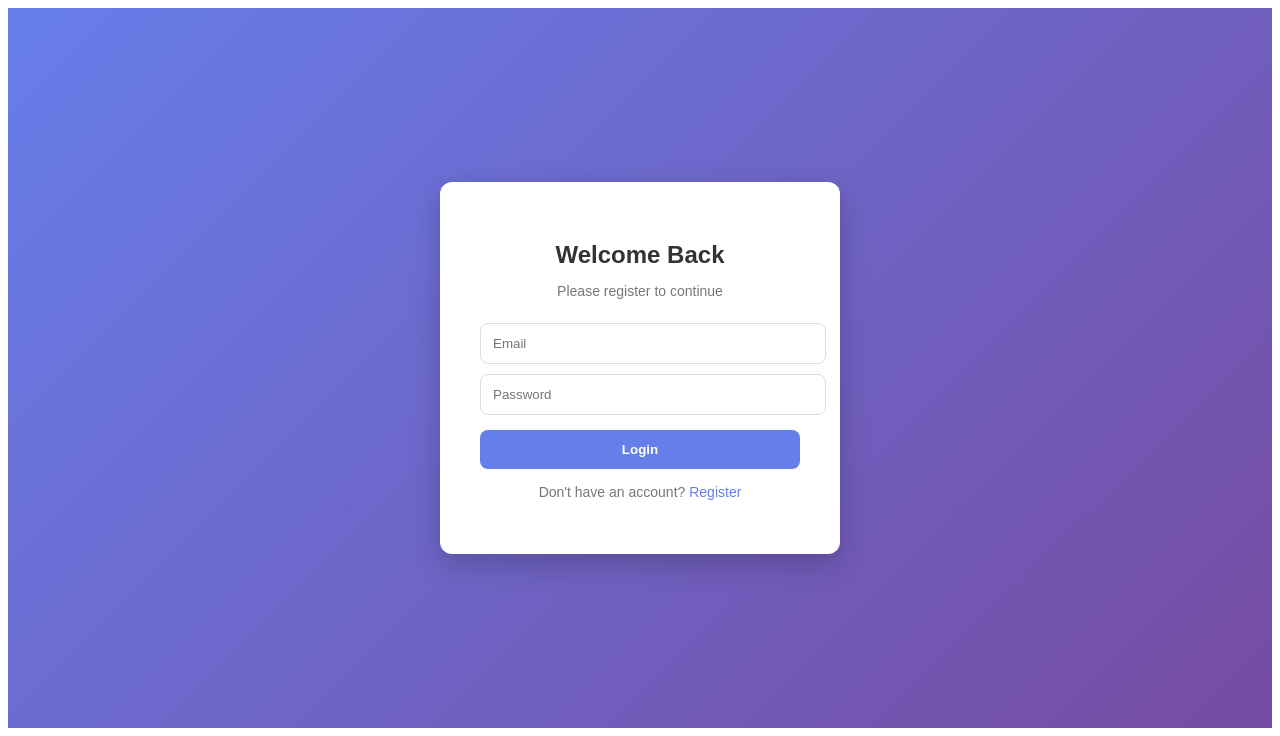
Repository: BMXracer44/CalendarConnect
Page: / (app in frontend/)
These files come from the project's save history. The page is drawn as it stood at one moment and after the next save; the edit follows.
The browser window is 1280 px wide. The pictures show the whole page.
The project was rebuilt for these pictures with package versions that can differ from the ones it lists, and the page was loaded fresh each time. Also part of the build but not shown: frontend/src/pages/Register.jsx.

Above is the page before, as saved 2026-04-01 09:55:59.

### frontend/src/index.js
import React from "react";
import ReactDOM from "react-dom/client";
import { RouterProvider } from "react-router-dom";
import { router } from "./router";
import "./styles.css";

ReactDOM.createRoot(document.getElementById("root")).render(
  <RouterProvider router={router} />
);

### frontend/src/router.jsx
import { createBrowserRouter } from "react-router-dom";
import App from "./App";
import Login from "./pages/Login";
import Register from "./pages/Register";
import Home from "./pages/Home";

export const router = createBrowserRouter([
  {
    path: "/",
    element: <App />,   // 👈 use App here
    children: [
      { index: true, element: <Login /> },     // "/"
      { path: "register", element: <Register /> },
      { path: "home", element: <Home /> }
    ]
  }
]);

### frontend/src/styles.css
/* Center page */
.login-container {
  height: 100vh;
  display: flex;
  justify-content: center;
  align-items: center;
  background: linear-gradient(135deg, #667eea, #764ba2);
  font-family: Arial, sans-serif;
}

/* Card */
.login-card {
  background: white;
  padding: 40px;
  border-radius: 12px;
  width: 320px;
  box-shadow: 0 10px 30px rgba(0,0,0,0.2);
  text-align: center;
}

/* Title */
.login-card h2 {
  margin-bottom: 10px;
  color: #333;
}

/* Subtitle */
.login-card p {
  color: #777;
  font-size: 14px;
}

/* Inputs */
.login-card input {
  width: 100%;
  padding: 12px;
  margin-top: 10px;
  border: 1px solid #ddd;
  border-radius: 8px;
  outline: none;
  transition: 0.2s;
}

.login-card input:focus {
  border-color: #667eea;
}

/* Button */
.login-card button {
  width: 100%;
  padding: 12px;
  margin-top: 15px;
  background: #667eea;
  color: white;
  border: none;
  border-radius: 8px;
  cursor: pointer;
  font-weight: bold;
  transition: 0.2s;
}

.login-card button:hover {
  background: #5a67d8;
}

/* Bottom text */
.bottom-text {
  margin-top: 15px;
  font-size: 13px;
}

.bottom-text a {
  color: #667eea;
  text-decoration: none;
}

### frontend/src/App.js
import { Outlet } from "react-router-dom";

function App() {
  return (
    <div>
      <Outlet />
    </div>
  );
}

export default App;

### frontend/src/pages/Login.jsx
import { useState } from "react";
import { Link } from "react-router-dom";

function Login() {
  const [email, setEmail] = useState("");
  const [password, setPassword] = useState("");

  const handleSubmit = (e) => {
    e.preventDefault();
    console.log("Login submitted:", { email, password });
  };

  return (
    <div className="login-container">
      <div className="login-card">
        <h2>Welcome Back</h2>
        <p>Please register to continue</p>

        <form onSubmit={handleSubmit}>
          <input
            type="email"
            placeholder="Email"
            value={email}
            onChange={(e) => setEmail(e.target.value)}
          />

          <input
            type="password"
            placeholder="Password"
            value={password}
            onChange={(e) => setPassword(e.target.value)}
          />

          <button type="submit">Login</button>
        </form>

        <p className="bottom-text">
          Don't have an account? <Link to="/register">Register</Link>
        </p>
      </div>
    </div>
  );
}

export default Login;

Loaded but not shown: frontend/src/pages/Home.jsx (no stored copy; drawn as an empty file)

After the next save:
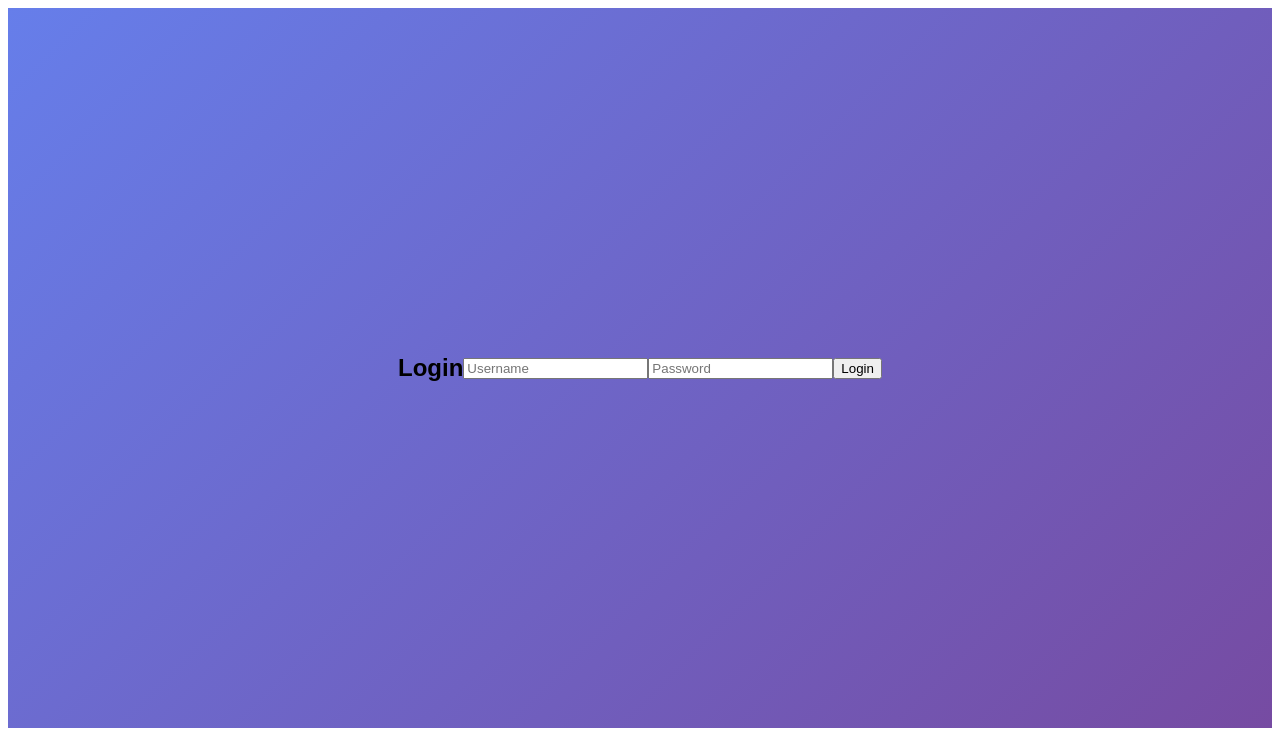
Saved 107 min 17 s later.
--- a/frontend/src/pages/Login.jsx
+++ b/frontend/src/pages/Login.jsx
@@ -1,43 +1,55 @@
-import { useState } from "react";
-import { Link } from "react-router-dom";
+import React, { useState } from "react";
 
 function Login() {
-  const [email, setEmail] = useState("");
+  const [username, setUsername] = useState("");
   const [password, setPassword] = useState("");
 
   const handleSubmit = (e) => {
     e.preventDefault();
-    console.log("Login submitted:", { email, password });
+
+    const loginData = {
+      username: username,
+      password: password,
+    };
+
+    fetch("http://localhost:8080/login", {
+      method: "POST",
+      headers: {
+        "Content-Type": "application/json",
+      },
+      body: JSON.stringify(loginData),
+    })
+      .then((res) => res.json())
+      .then((data) => {
+        console.log("Login response:", data);
+      })
+      .catch((err) => console.error(err));
   };
 
   return (
     <div className="login-container">
-      <div className="login-card">
-        <h2>Welcome Back</h2>
-        <p>Please register to continue</p>
+      <h2>Login</h2>
 
-        <form onSubmit={handleSubmit}>
-          <input
-            type="email"
-            placeholder="Email"
-            value={email}
-            onChange={(e) => setEmail(e.target.value)}
-          />
+      <form onSubmit={handleSubmit}>
+        {/* Username instead of email */}
+        <input
+          type="text"
+          placeholder="Username"
+          value={username}
+          onChange={(e) => setUsername(e.target.value)}
+          required
+        />
 
-          <input
-            type="password"
-            placeholder="Password"
-            value={password}
-            onChange={(e) => setPassword(e.target.value)}
-          />
+        <input
+          type="password"
+          placeholder="Password"
+          value={password}
+          onChange={(e) => setPassword(e.target.value)}
+          required
+        />
 
-          <button type="submit">Login</button>
-        </form>
-
-        <p className="bottom-text">
-          Don't have an account? <Link to="/register">Register</Link>
-        </p>
-      </div>
+        <button type="submit">Login</button>
+      </form>
     </div>
   );
 }

After the save that followed:
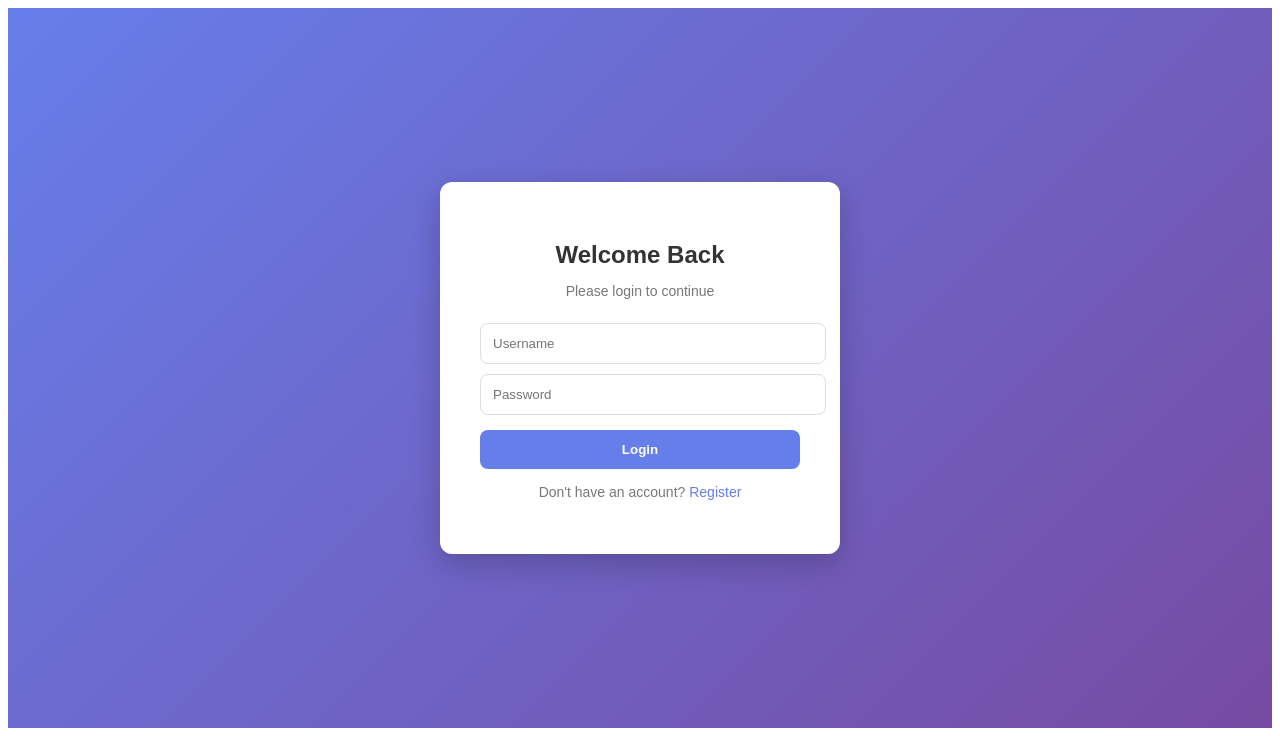
Saved 38 s later.
--- a/frontend/src/pages/Login.jsx
+++ b/frontend/src/pages/Login.jsx
@@ -1,4 +1,5 @@
-import React, { useState } from "react";
+import { useState } from "react";
+import { Link } from "react-router-dom";
 
 function Login() {
   const [username, setUsername] = useState("");
@@ -6,50 +7,37 @@
 
   const handleSubmit = (e) => {
     e.preventDefault();
-
-    const loginData = {
-      username: username,
-      password: password,
-    };
-
-    fetch("http://localhost:8080/login", {
-      method: "POST",
-      headers: {
-        "Content-Type": "application/json",
-      },
-      body: JSON.stringify(loginData),
-    })
-      .then((res) => res.json())
-      .then((data) => {
-        console.log("Login response:", data);
-      })
-      .catch((err) => console.error(err));
+    console.log("Login submitted:", { username, password });
   };
 
   return (
     <div className="login-container">
-      <h2>Login</h2>
+      <div className="login-card">
+        <h2>Welcome Back</h2>
+        <p>Please login to continue</p>
 
-      <form onSubmit={handleSubmit}>
-        {/* Username instead of email */}
-        <input
-          type="text"
-          placeholder="Username"
-          value={username}
-          onChange={(e) => setUsername(e.target.value)}
-          required
-        />
+        <form onSubmit={handleSubmit}>
+          <input
+            type="text"
+            placeholder="Username"
+            value={username}
+            onChange={(e) => setUsername(e.target.value)}
+          />
 
-        <input
-          type="password"
-          placeholder="Password"
-          value={password}
-          onChange={(e) => setPassword(e.target.value)}
-          required
-        />
+          <input
+            type="password"
+            placeholder="Password"
+            value={password}
+            onChange={(e) => setPassword(e.target.value)}
+          />
 
-        <button type="submit">Login</button>
-      </form>
+          <button type="submit">Login</button>
+        </form>
+
+        <p className="bottom-text">
+          Don't have an account? <Link to="/register">Register</Link>
+        </p>
+      </div>
     </div>
   );
 }
